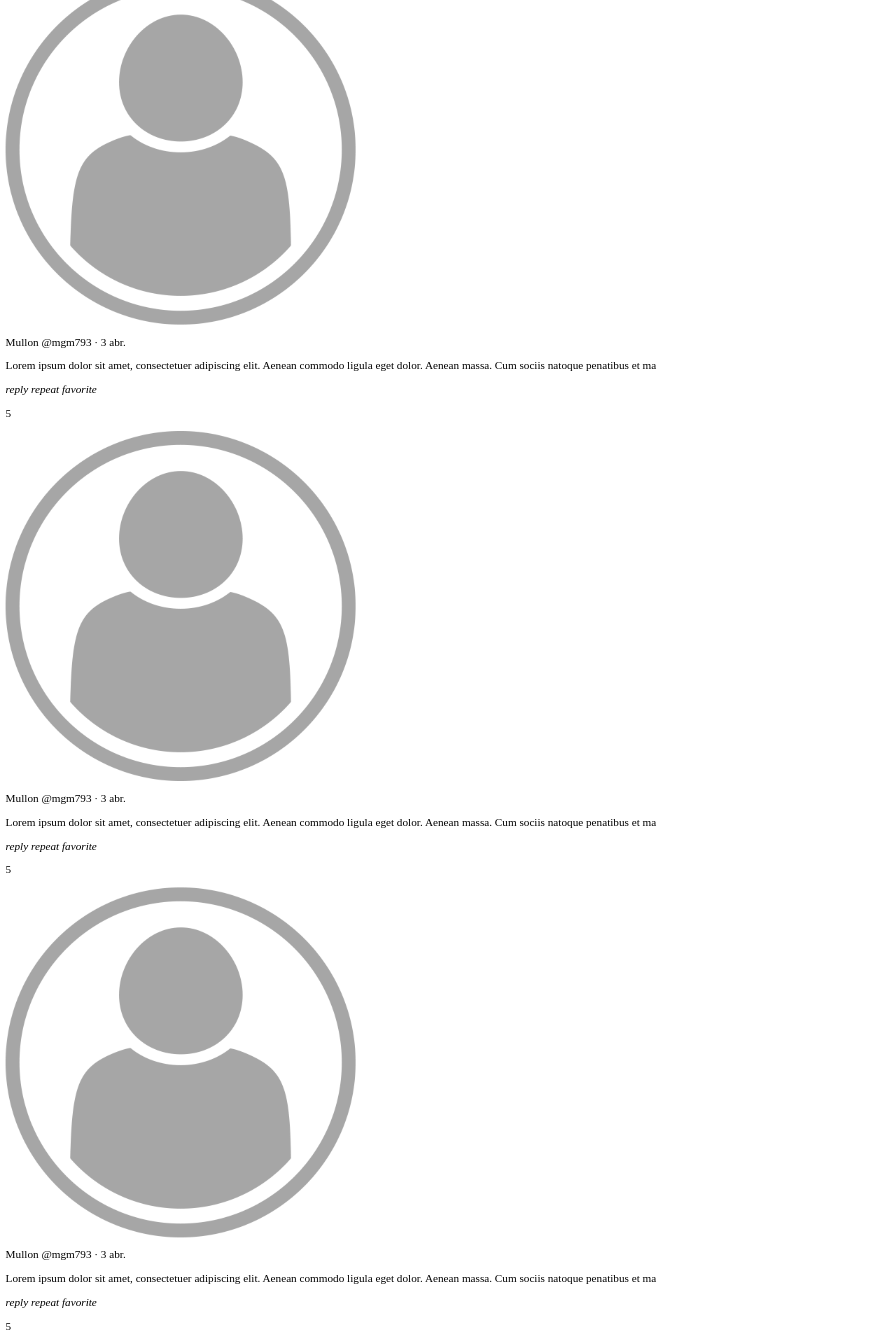
Repository: mgm793/EPAW
Page: http://localhost/Twitter/Time.jsp
The author's editor kept a copy of each file at every save. The page is drawn from the files as they stood at one save, then again after the next save.
The browser window is 1280 px wide. The pictures show the part of the page from y = 1234 to 3154 px (the page is 3154 px tall before and 2502 px after), at 70% of full size.
The page is served by Tomcat 9.

Above is the page before, as saved 2017-05-23 14:36:01.

After the next save:
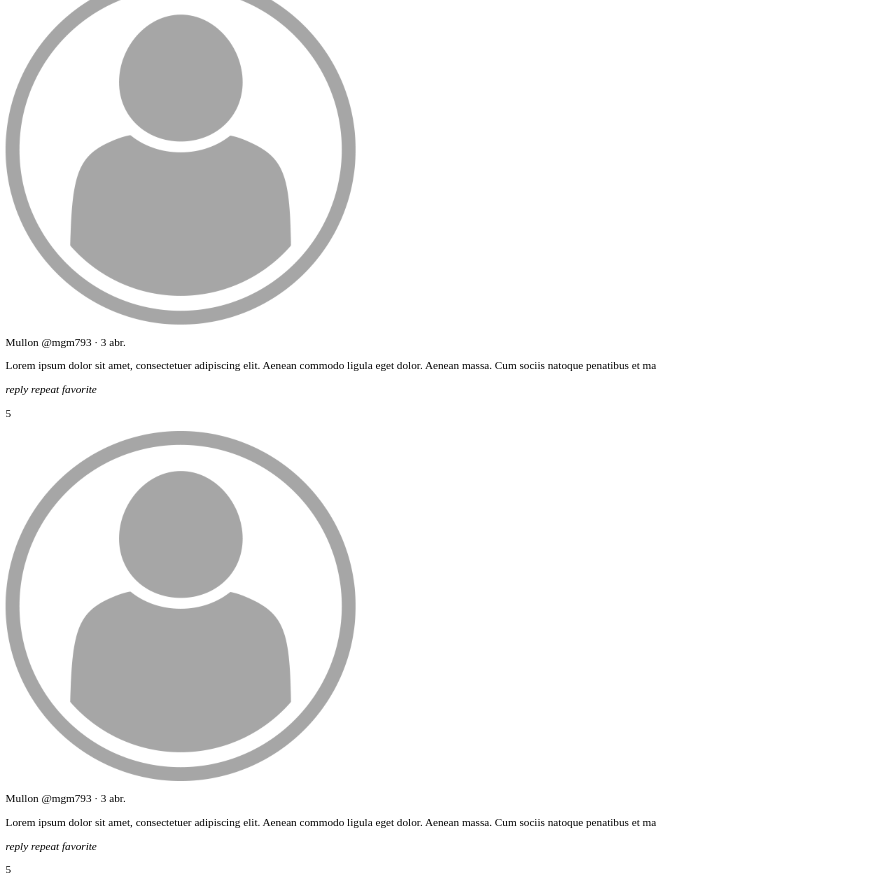
Saved 29 s later.
--- a/Twitter/WebContent/Time.jsp
+++ b/Twitter/WebContent/Time.jsp
@@ -25,7 +25,23 @@
 				<i class="material-icons" id="fav">favorite</i><p id="numFav">5</p>
 			</div>
 		</div>
-
+		<div class="tweet">
+			<img src="imgs/logo_user.png" alt="img">
+			<p class="header">
+				<span class="bold">Mullon</span>
+				<span class="grey">@mgm793</span>
+				<span class="grey"> · </span>
+				<span class="grey">3 abr.</span>
+			</p>
+			<p class="bodytweet">
+				Lorem ipsum dolor sit amet, consectetuer adipiscing elit. Aenean commodo ligula eget dolor. Aenean massa. Cum sociis natoque penatibus et ma
+			</p>
+			<div class="options">
+				<i class="material-icons" id="reply">reply</i>
+				<i class="material-icons" id="retuit">repeat</i>
+				<i class="material-icons" id="fav">favorite</i><p id="numFav">5</p>
+			</div>
+		</div>
 		<div class="tweet">
 			<img src="imgs/logo_user.png" alt="img">
 			<p class="header">
@@ -44,41 +60,6 @@
 			</div>
 		</div>
 
-		<div class="tweet">
-			<img src="imgs/logo_user.png" alt="img">
-			<p class="header">
-				<span class="bold">Mullon</span>
-				<span class="grey">@mgm793</span>
-				<span class="grey"> · </span>
-				<span class="grey">3 abr.</span>
-			</p>
-			<p class="bodytweet">
-				Lorem ipsum dolor sit amet, consectetuer adipiscing elit. Aenean commodo ligula eget dolor. Aenean massa. Cum sociis natoque penatibus et ma
-			</p>
-			<div class="options">
-				<i class="material-icons" id="reply">reply</i>
-				<i class="material-icons" id="retuit">repeat</i>
-				<i class="material-icons" id="fav">favorite</i><p id="numFav">5</p>
-			</div>
-		</div>
-
-		<div class="tweet">
-			<img src="imgs/logo_user.png" alt="img">
-			<p class="header">
-				<span class="bold">Mullon</span>
-				<span class="grey">@mgm793</span>
-				<span class="grey"> · </span>
-				<span class="grey">3 abr.</span>
-			</p>
-			<p class="bodytweet">
-				Lorem ipsum dolor sit amet, consectetuer adipiscing elit. Aenean commodo ligula eget dolor. Aenean massa. Cum sociis natoque penatibus et ma
-			</p>
-			<div class="options">
-				<i class="material-icons" id="reply">reply</i>
-				<i class="material-icons" id="retuit">repeat</i>
-				<i class="material-icons" id="fav">favorite</i><p id="numFav">5</p>
-			</div>
-		</div>
 	</div>
 </div>
 <div class="bodyRight">
